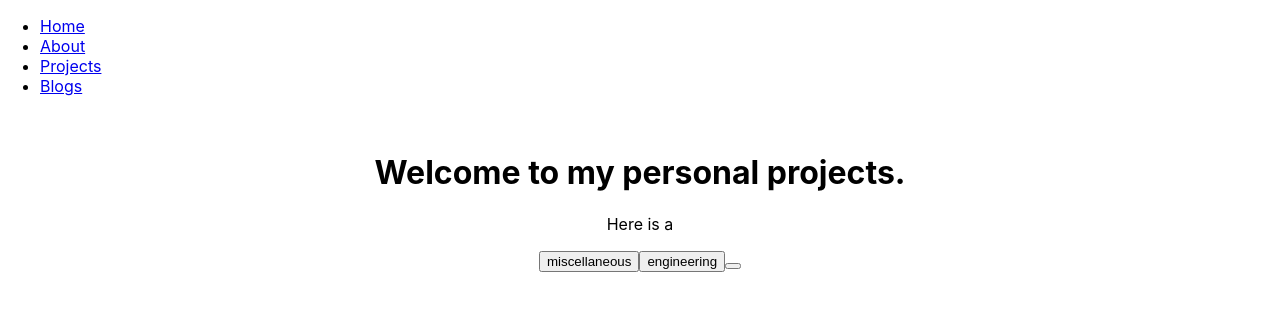
Repository: nicholaschen09/personalWebsite
Page: /projects
An editor plug-in stored every save of this project. The page is shown before and after the next save, followed by the edit.
The browser window is 1280 px wide. The pictures show the whole page.
The project was rebuilt for these pictures with package versions that can differ from the ones it lists, and the page was loaded fresh each time. Also part of the build but not shown: src/components/About.css, src/components/About.js, src/components/Home.css, src/components/Home.js, src/components/Blog.css, src/components/Blog.js.

Above is the page before, as saved 2024-05-23 00:31:59.

### src/App.js
import React from 'react';
import { BrowserRouter as Router, Route, Routes, Link } from 'react-router-dom';
import About from './components/About.js';
import Home from './components/Home.js';
import Projects from './components/Projects.js';
import Blog from './components/Blog.js';

function App() {
  return (
    <Router>
      <div>
        <nav>
          <ul>
            <li>
              <Link to="/">Home</Link>
            </li>
            <li>
              <Link to="/about">About</Link>
            </li>
            <li>
              <Link to="/projects">Projects</Link>
            </li>
            <li>
              <Link to="/blogs">Blogs</Link>
            </li>
          </ul>
        </nav>

        <Routes>
          <Route path="/about" element={<About />} />
          <Route path="/" element={<Home />} />
          <Route path="/projects" element={<Projects />} />
          <Route path="/blogs" element={<Blog />} />
        </Routes>
      </div>
    </Router>
  );
}

export default App;

### src/components/Projects.js
import React from 'react';
import './Projects.css';

const Projects = () => {
    return (
        <div className="projects">
            <h1>Welcome to my personal projects. </h1>
            <p>Here is a </p>
            <button>miscellaneous</button>

            <button>engineering</button>

            <button></button>
        </div>
    );
};

export default Projects;

### src/components/Projects.css
/* src/components//Home.css */
.projects {
    text-align: center;
    padding: 20px;
}

Loaded but not shown: public/index.html (common file); src/index.js (common file); src/index.css (common file); src/reportWebVitals.js (common file)

After the next save:
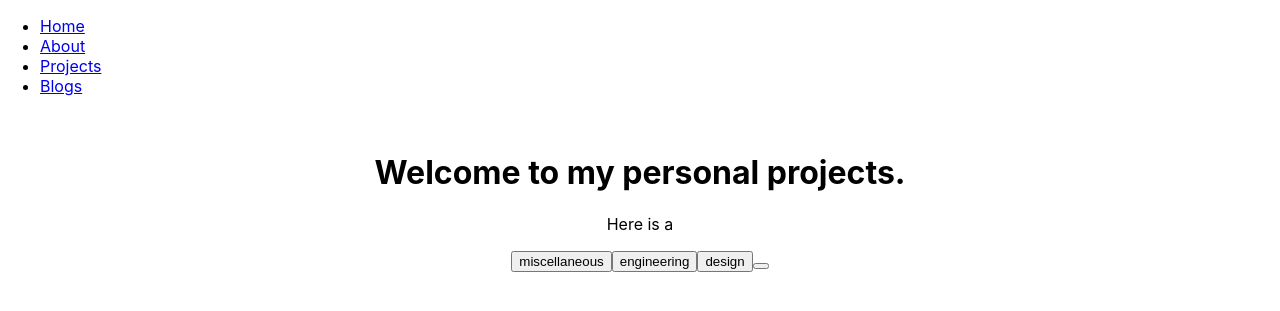
Saved 10 s later.
--- a/src/components/Projects.js
+++ b/src/components/Projects.js
@@ -10,6 +10,8 @@ const Projects = () => {
 
             <button>engineering</button>
 
+            <button>design</button>
+
             <button></button>
         </div>
     );
